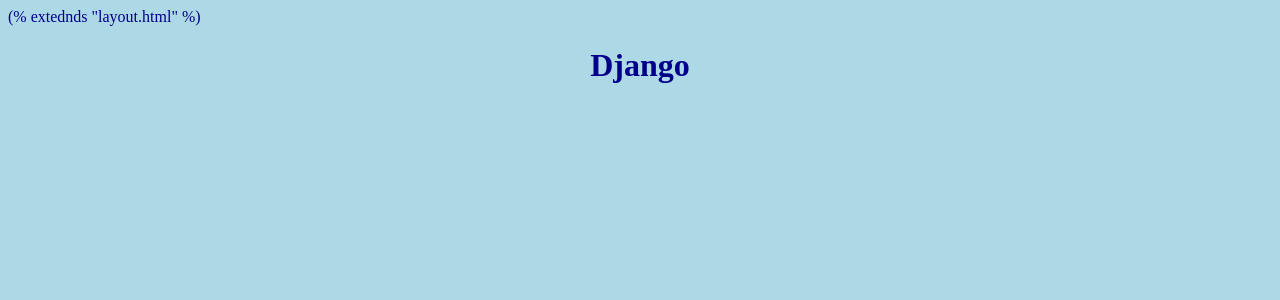
Repository: Trishna2005Das/Django-tutorial
Page: http://localhost/
These files come from the project's save history. The page is drawn as it stood at one moment and after the next save; the edit follows.
The browser window is 1280 px wide. The pictures show the whole page.
The page is served by the project's application, run on Django 5.2 (tutorial/manage.py).

Above is the page before, as saved 2025-01-10 01:12:42.

After the next save:
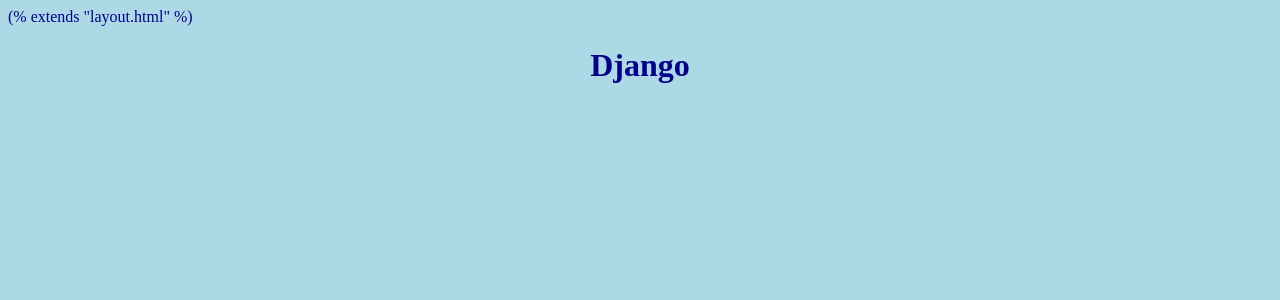
Saved 6 s later.
--- a/tutorial/templates/website/index.html
+++ b/tutorial/templates/website/index.html
@@ -1,5 +1,5 @@
 {% load static %}
-(% extednds "layout.html" %)
+(% extends "layout.html" %)
 <!DOCTYPE html>
 <html lang="en">
 <head>
